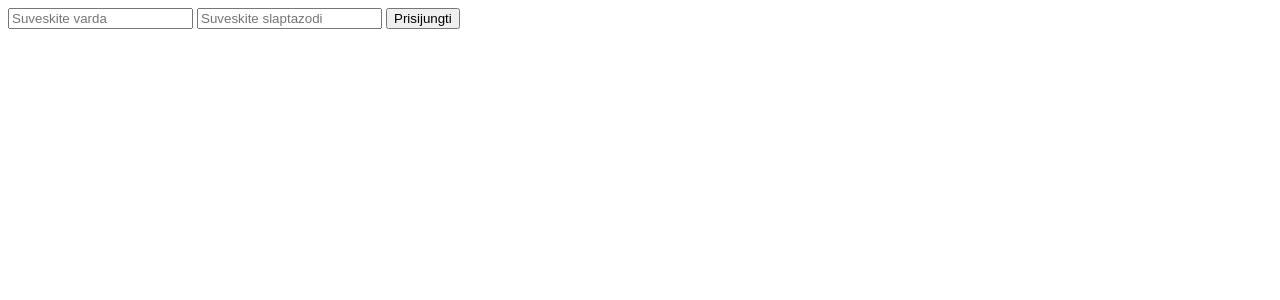
Repository: motiejus1/06-paskaita-PHP-05.31
Page: http://localhost/
An editor plug-in stored every save of this project. The page is shown before and after a run of saves, followed by the edit.
The browser window is 1280 px wide. The pictures show the whole page.
The page is run by PHP 8.4 with error messages shown; the project is at /var/www/html/.

Above is the page before, as saved 2021-07-29 19:32:00.

After the next 7 saves:
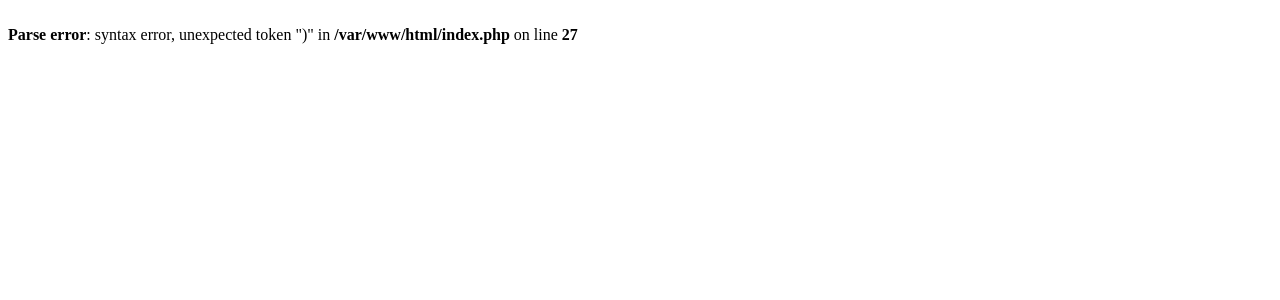
The 7 saves are shown as one change because they came seconds apart.
The last was saved 19 s later.
--- a/index.php
+++ b/index.php
@@ -24,7 +24,7 @@
 
 
         $registruotiVartotojai = array(
-            array("vardas" => "admin", "slapt" ),
+            array("vardas" => "admin", "slaptazodis" => "admin", "teises" => ),
             array(),
             array(),
             array(),

After the save that followed:
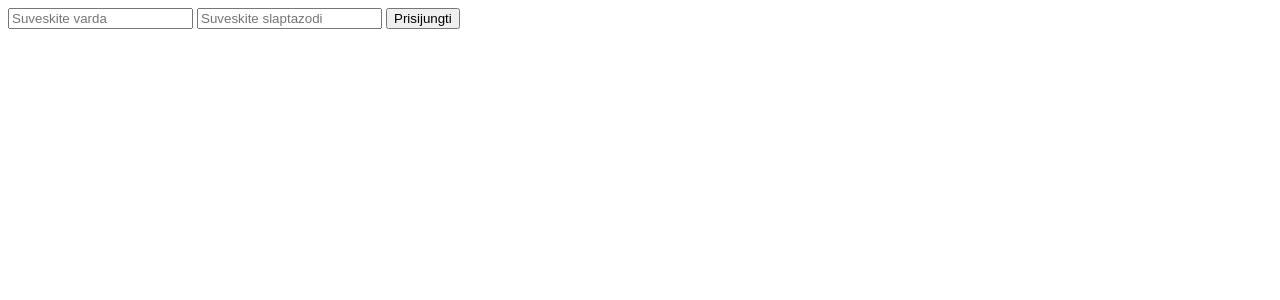
Saved 5 s later.
--- a/index.php
+++ b/index.php
@@ -24,7 +24,7 @@
 
 
         $registruotiVartotojai = array(
-            array("vardas" => "admin", "slaptazodis" => "admin", "teises" => ),
+            array("vardas" => "admin", "slaptazodis" => "admin", "teises" => 1 ),
             array(),
             array(),
             array(),
